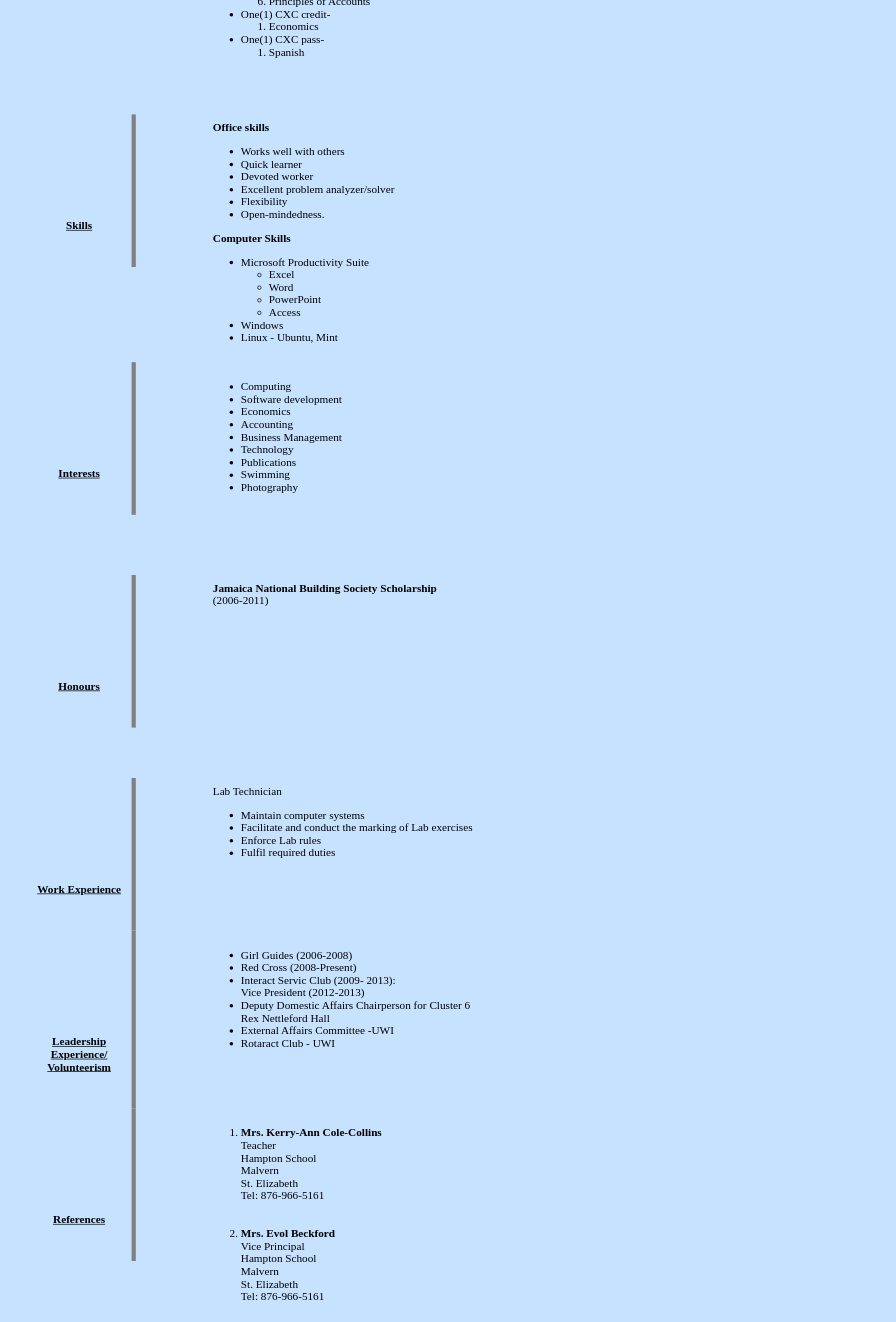
Repository: kernicole/kernicole.github.io
Page: resume2.html
The author's editor kept a record of every edit. The page is drawn from the files as they stood at one moment, then again after the next edit.
The browser window is 1280 px wide. The pictures show the part of the page from y = 898 to 2818 px (the page is 2786 px tall before and 2818 px after), at 70% of full size.

Above is the page before.

### resume2.html
<!DOCTYPE html>

<html>

<head>

   <link type="text/css" rel="stylesheet" href="stylesheet.css"/>

  <title>

      Kerry-Ann's Resume

 </title>

</head>

 <body>

 <div id="header">
 <h2> Kerry-Ann Lewis </h2>
 </div>
    <div id="pic">  <img src="gradpic3.JPG"/> </div>
    <div id ="details">
    <p><strong>Cell:5689836</strong> <br/>

    <strong>Email:</strong> kerry.nicole.lewis@gmail.com </p>
    <p>  I am a second year student at the University of the West Indies,
     Mona Campus, pursuing a Bachelors of Science degree in
     Computer Science with a minor in Economics. I am a fast learner
     as I am eager to learn and work. I am a polite, hardworking,
     focused mature and disciplined individual who strives for success.
     I would like to become a systems analyst/software programmer
     as I have a passion for finding and providing a solution to any given problem.
     <br/>
     <br/>
         <span class="head2"> Objectives:</span>
         To gain knowledge, experience, and understanding of different fields of work.
         To become aware of different modes of work operations
         to help in pursuing a successful career as a systems analyst, software developer,
         economist and entrepreneur.
     </p> </div>


<div class="left">  <span class="head"> Education </span> </div>
<div class="right">
   <strong> University of the West Indies, Mona </strong>  (2013- Present)
       <p><strong> Major: </strong> Computer Science<br>
       <strong> Minor: </strong> Economics </p>
       <br>


       <p> <strong> Hampton School for Girls, St. Elizabeth</strong>  (2006-2013) </p>
       <p><strong> Associate Degree in General Science </strong> <br>
        <ul>
         <li> Four(4) CAPE distinctions- <ol><li>Communication Studies</li>
        			            <li>Information Technology Unit 1 </li>
        			           <li>Economics  Unit 1 </li>
        			            <li>Economics Unit 2 </li> </ol> </li>
             <li>  Four(4) CAPE credits- <ol> <li>Caribbean Studies </li>
                                                <li> Information Technology Unit 2 </li>
                                                <li>  Physics Unit 1 </li>
                                                <li> Physics Unit 2  </li>
                                                </ol> </li>
 			<li>Six (6) CXC distinctions-<ol> <li>Mathematics </li>
 			                          <li> English </li>
                                      <li>Biology </li>
                                      <li>Information Technology </li>
                                      <li>Physics</li>
                                    <li>Principles of Accounts </li> </ol> </li>
            <li> One(1) CXC credit- <ol><li> Economics </li> </ol> </li>
		   <li> One(1) CXC pass-<ol><li>Spanish </li></ol> </li>

        </ul>
        <br/>
        <br/>
        <br/>
</div>

<div class="left">
<span class="head"> Skills       </span>
</div>

<div class="right"> <span class="head2">  Office skills </span>
<ul>
      <li>Works well with others </li>
      <li>Quick learner</li>
      <li>Devoted worker</li>
      <li>Excellent problem analyzer/solver</li>
      <li>Flexibility</li>
      <li>Open-mindedness. </li>
          </ul>
       <span class="head2">Computer Skills</span>
          <ul>
          <li>Microsoft Productivity Suite
               <ul>
               <li> Excel </li>
               <li>Word </li>
               <li>PowerPoint</li>
               <li>Access </li>
               </ul> </li>
          <li>Windows</li>
          <li>Linux - Ubuntu, Mint</li>
          </ul>
      </div>


<div>
<div class="left"> <span class="head"> Interests </span></div>

<div class="right"> <ul> <li>Computing</li>
                     <li>Software development</li>
                     <li>Economics</li>
                    <li>Accounting </li>
                    <li>Business Management</li>
                    <li>Technology</li>
                    <li>Publications</li>
                     <li>Swimming </li>
                    <li>Photography </li>
                    </ul>
                    <br/>
                    <br/>
                    <br/><br/><br/>
 </div>   </div>
<div>

<div class="left"> <span class="head"> Honours </span> </div>
<div class="right">  <strong> Jamaica National Building Society Scholarship </strong>
                                            <br/>  (2006-2011)
                                            <br/>
                                            <br/>
                                            <br/>
                                            <br/>
                                            <br/>
                                            <br/>
                                            <br/>
                                            <br/>
                                            <Br/>
                                            <br/>
                                            <br/>
                                            <br/>
                                            <br/>
                                            <br/>

</div >

<div class="left"> <span class="head"> Work Experience </span> </div>
<div class="right"> Lab Technician
                      <ul> <li>Maintain computer systems</li>
                          <li> Facilitate and conduct the marking of Lab exercises </li>
                          <li> Enforce Lab rules</li>
                          <li> Fulfil required duties</li>
                      </ul></div>
<div class="left"> <span class="head"> Leadership Experience/<br/>Volunteerism </span> </div>
<div class="right"> <ul>
                     <li>Girl Guides (2006-2008)</li>
                         <li> Red Cross (2008-Present) </li>
                         <li> Interact Servic Club (2009- 2013): <br />
                              Vice President (2012-2013)</li>
                        <li> Deputy Domestic Affairs Chairperson for Cluster 6 <br /> Rex Nettleford Hall</li>
                        <li>External Affairs Committee -UWI </li>
                        <li> Rotaract Club - UWI </li></ul> </div>
<div class="left"> <span class="head"> References </span></div>
<div class="right"> <ol> <li> <span class="ref">Mrs. Kerry-Ann Cole-Collins  </span>
                      <br/> Teacher
                      <br/> Hampton School
                      <br/> Malvern
                      <br/> St. Elizabeth
                      <br/> Tel: 876-966-5161
                      </li>
                      <br/>
                      <br/>
                      <li> <span class="ref"> Mrs. Evol Beckford </span>
                      <br/> Vice Principal
                      <br/> Hampton School
                      <br/> Malvern
                      <br/> St. Elizabeth
                      <br/> Tel: 876-966-5161
                      </li>
</ol> </div>


</body>

</html>

### stylesheet.css
body {
    background-color:#c6e2ff;
}

img{
    height:200px;

}

.head{
    text-decoration:underline;
    font-weight: bold;
}

.right{

    float: left;
	height: auto;
	width:auto;
	margin-left: 10px;
	padding-top:10px;
	padding-bottom:10px;

}

.left{
    clear:left;
	float: left;
	width:150px;
	margin-right:100px;
	margin-left:30px;
	 text-align: center;
	 padding-top:150px;
	 border-right: 6px solid gray;
	 padding-bottom:50px;

}
#breakline {
    width:900px;
    height:10px;
}

.header{
    float:left;
	margin-bottom:12px;
}

#details{
    border-top:3px solid gray;
    clear:left;
	height:auto;
	width:400px;
}
#pic{
    position:absolute;
	margin-left:500px;
}

.head2{
    font-weight:bold;
}

.ref{
	font-weight:bold;
}
#ref li{
	margin-bottom:30px;
}

After the next edit:
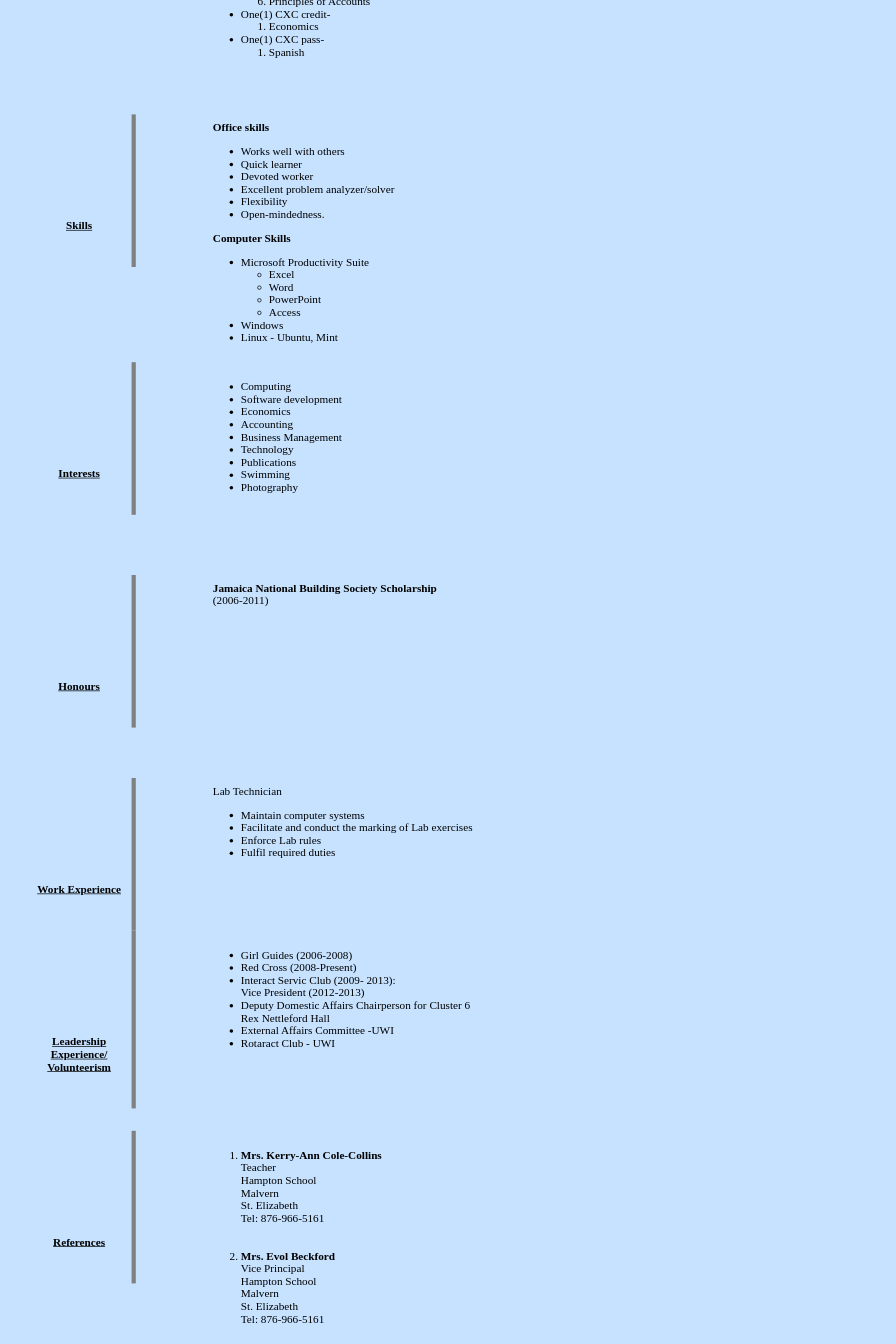
The edit:
--- a/resume2.html
+++ b/resume2.html
@@ -158,7 +158,13 @@
                               Vice President (2012-2013)</li>
                         <li> Deputy Domestic Affairs Chairperson for Cluster 6 <br /> Rex Nettleford Hall</li>
                         <li>External Affairs Committee -UWI </li>
-                        <li> Rotaract Club - UWI </li></ul> </div>
+                        <li> Rotaract Club - UWI </li></ul>  <br/>
+                                            <br/>
+                                            <br/>
+                                            <Br/>
+
+                                            <br/></div>
+
 <div class="left"> <span class="head"> References </span></div>
 <div class="right"> <ol> <li> <span class="ref">Mrs. Kerry-Ann Cole-Collins  </span>
                       <br/> Teacher
